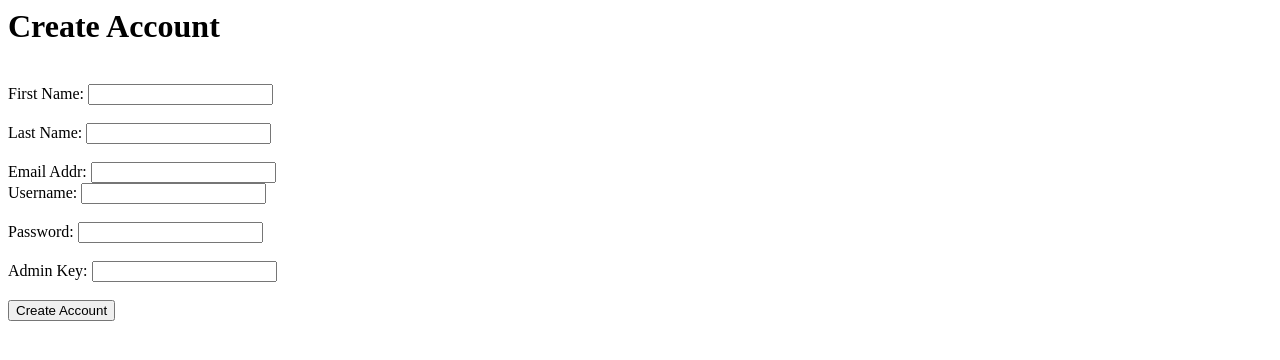
Repository: Sadiki/Expense_Reimbursement_System
Page: Ers_Project/src/main/webapp/partials/create_account.html
These files come from the project's save history. The page is drawn as it stood at one moment and after the next save; the edit follows.
The browser window is 1280 px wide. The pictures show the whole page.

Above is the page before, as saved 2018-11-07 04:42:50.

### Ers_Project/src/main/webapp/partials/create_account.html
<div id="viewContainer">
<div id= 'viewMenu'>
    <h1 class='viewTitles'>Create Account</h1>
    <br/>
    First Name:
    <input id='firstname'class='register'type='text'>
    <br/>
    <br/>
    Last Name:
	<input id='lastname'class='register'type='text'>
    <br/>
    <br/>
    Email Addr:
    <input id='email'class='register'type='text'>
    <br/>
    Username:
    <input id='username'class='register'type='text'>
    <br/>
    <br/>
    Password:
    <input id='password'class='register'type='password'>
    <br/>
    <br/>
    Admin Key:
    <input id='admin_key' type='password'>
    </form>
    <br/>
    <br/>
    <button id='createAccBtn'>Create Account</button>

    <div class ="alert alert-danger" id="createAcc-mess"></div>
    </div>
</div>

After the next save:
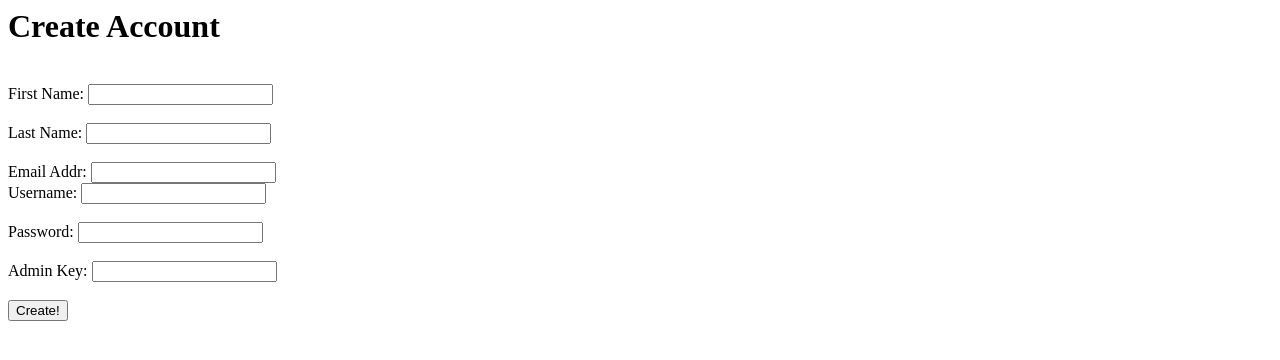
Saved 29 s later.
--- a/Ers_Project/src/main/webapp/partials/create_account.html
+++ b/Ers_Project/src/main/webapp/partials/create_account.html
@@ -26,7 +26,7 @@
     </form>
     <br/>
     <br/>
-    <button id='createAccBtn'>Create Account</button>
+    <button id='createAccBtn'>Create!</button>
 
     <div class ="alert alert-danger" id="createAcc-mess"></div>
     </div>
